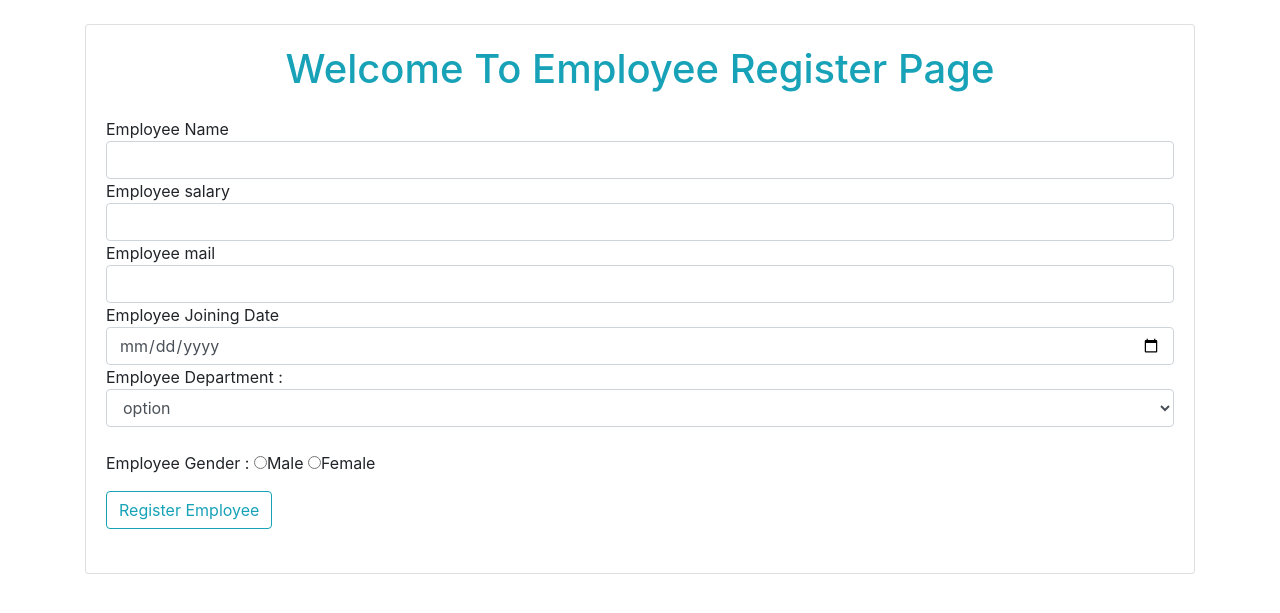
Repository: lokeshsukhwal/EmployeeMiniProject
Page: http://localhost/EmployeeRegister
The author's editor kept a copy of each file at every save. The page is drawn from the files as they stood at one save, then again after the next save.
The browser window is 1280 px wide. The pictures show the whole page.
The page is this project's Thymeleaf template; nobody is signed in. The template is opened directly, without the code that normally fills it, so the values that code supplies are empty.

Above is the page before, as saved 2023-01-18 14:32:38.

### SpringBootMvc-ThymeleafMySqlCrudMiniProject/src/main/resources/templates/EmployeeRegister.html
<!DOCTYPE html>
<html xmlns:th="https://www.thymeleaf.org/">
<head>
<meta charset="ISO-8859-1">
<title>Employee register page</title>
<!-- Latest compiled and minified CSS -->
<link rel="stylesheet"
	href="https://cdn.jsdelivr.net/npm/bootstrap@4.6.2/dist/css/bootstrap.min.css">
</head>
<body>
	<div class="container">
		<div class="card mt-4 ">
			<div class="card-body ">
				<h1 class=" text-info text-center">Welcome To Employee Register Page</h1>
		<form th:action="@{/employee/save}" method="POST" class="mt-4 form ">
			Employee Name <input type="text" name="empName"class="form-control">
		    Employee salary <input type="text"name="empSalary" class="form-control">
		    Employee mail <input type="email" name="empMail" class="form-control">
		 Employee Joining Date <input type="date" name="empDoj" class="form-control">
		    Employee Department : <select name="department" class="form-control dropdown">
									<option value="#">option</option>
									<option value="dev">DEV</option>
									<option value="ba">BA</option>
									<option value="qa">QA</option>
								  </select> <br>
			 Employee Gender :  <input type="radio" name="empGender" value="male" class="inline">Male
                            <input type="radio" name="empGender" value="female" class="inline">Female	<br>

		<button type="submit" class="btn btn-outline-info mt-3">Register Employee</button>

				</form>


				<h4 th:text="${message}"class="bg-success text-white mt-4 text-center"></h4>
			</div>
		</div>
	</div>
</body>
</html>

After the next save:
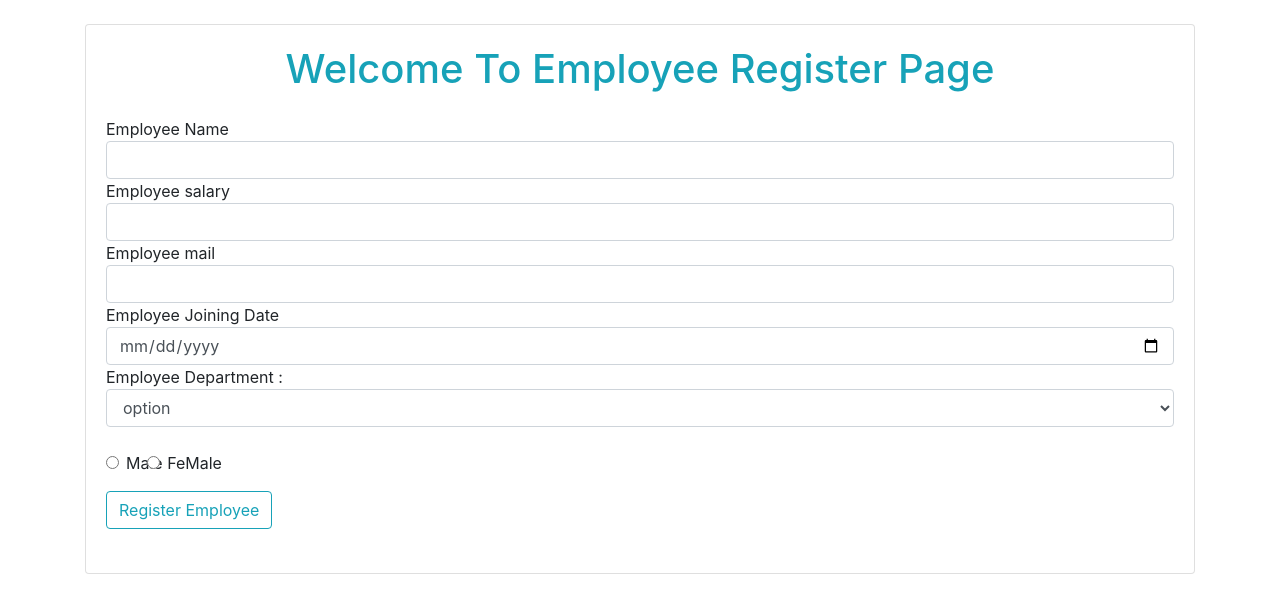
Saved 90 s later.
--- a/SpringBootMvc-ThymeleafMySqlCrudMiniProject/src/main/resources/templates/EmployeeRegister.html
+++ b/SpringBootMvc-ThymeleafMySqlCrudMiniProject/src/main/resources/templates/EmployeeRegister.html
@@ -23,10 +23,14 @@
 									<option value="ba">BA</option>
 									<option value="qa">QA</option>
 								  </select> <br>
-			 Employee Gender :  <input type="radio" name="empGender" value="male" class="inline">Male
-                            <input type="radio" name="empGender" value="female" class="inline">Female	<br>
+					<div class="form-check">
+						<label class="form-check-label">
+						 <input type="radio"class="form-check-input" name="empGender" value="male">Male
+						 <input type="radio"class="form-check-input" name="empGender"value="female">FeMale
+						</label>
+					</div>
 
-		<button type="submit" class="btn btn-outline-info mt-3">Register Employee</button>
+					<button type="submit" class="btn btn-outline-info mt-3">Register Employee</button>
 
 				</form>
 
